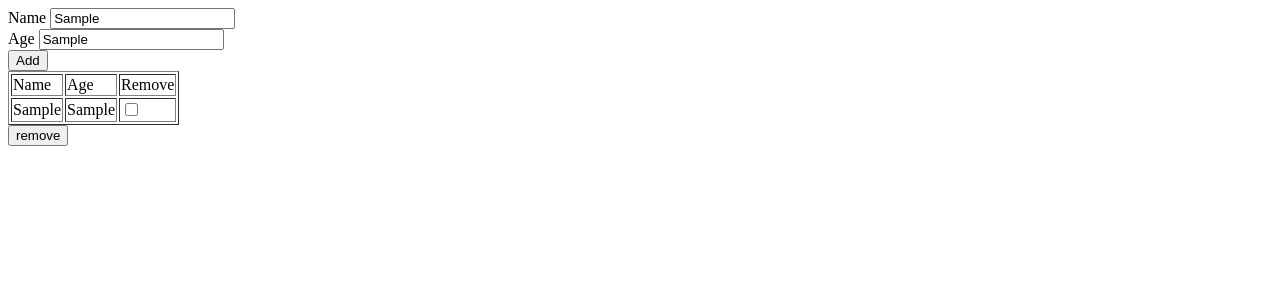
Repository: ravinforu/HTML5_CSS3_JS_Frameworks_Jul_2012-1
Page: Day01/WebContent/lab04.html
The author's editor kept a copy of each file at every save. The page is drawn from the files as they stood at one save, then again after the next save.
The browser window is 1280 px wide. The pictures show the whole page.
Empty fields were first filled with sample values (such as "Sample", 5 or name@example.com).
After loading, the first visible `#addBtn` was clicked once.

Above is the page before, as saved 2012-07-20 10:43:43.

After the next save:
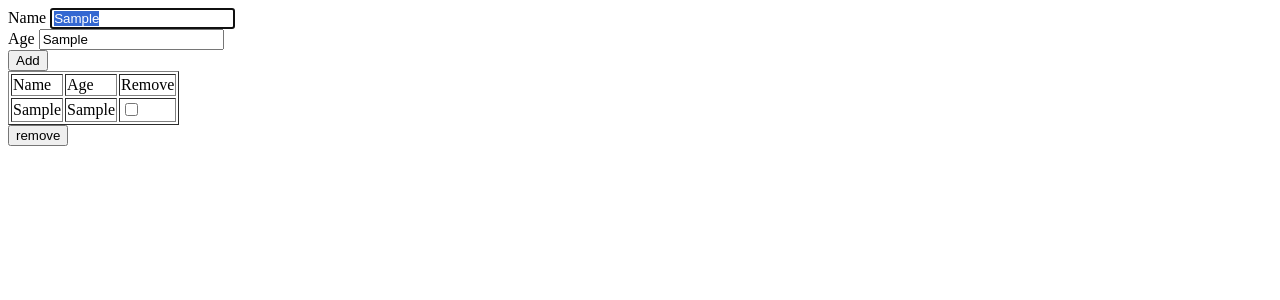
Saved 32 s later.
--- a/Day01/WebContent/lab04.html
+++ b/Day01/WebContent/lab04.html
@@ -9,6 +9,7 @@
 			createRemoveButton();
 		}
 		addRow($("#nameText").val(),$("#ageText").val());
+		$("#nameText").select().focus();
 	}
 	function removeRecords(){
 		//$("input:checked").parent().parent().remove();
